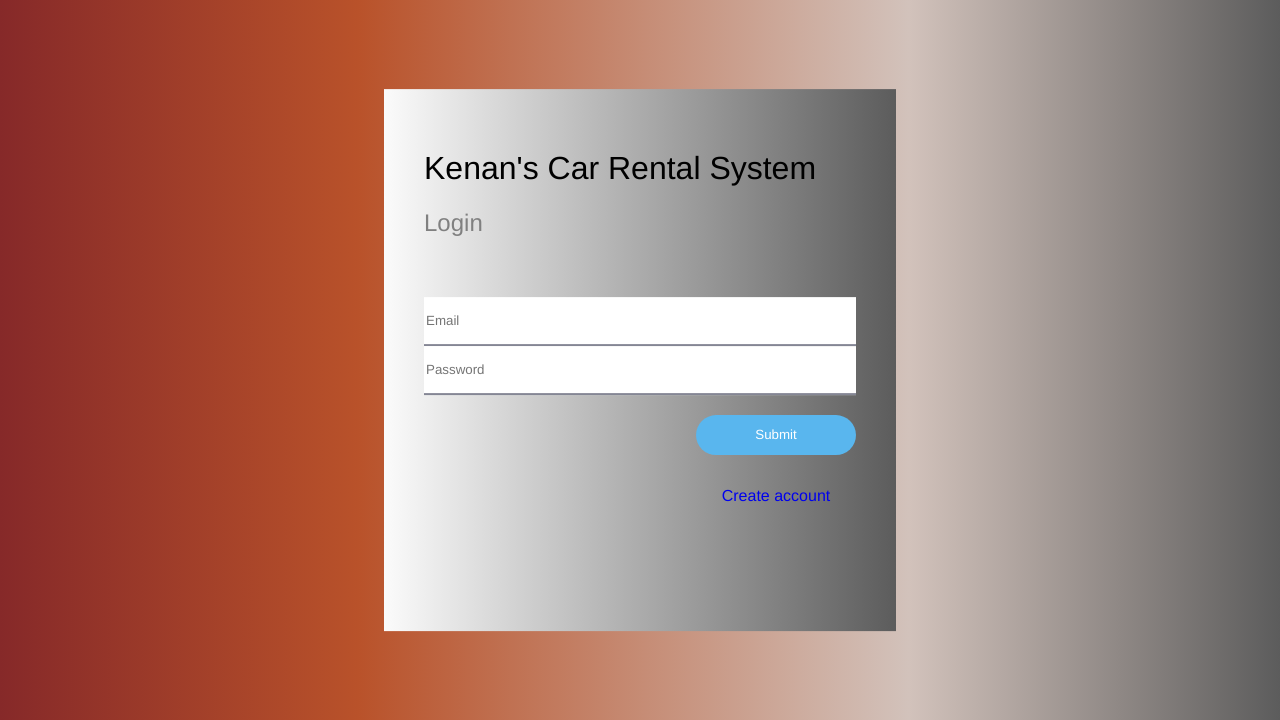
Repository: kensevv/nevexisDemos
Page: http://localhost/Car_Rental_Management_System/login.jsp
These files come from the project's save history. The page is drawn as it stood at one moment and after the next save; the edit follows.
The browser window is 1280 px wide. The pictures show the whole page.
The page is served by Tomcat 9. Nobody is signed in. The application's start-up code is not run. Other server files are loaded and not shown.

Above is the page before, as saved 2021-03-26 11:03:44.

### Car_Rental_Management_System/src/main/webapp/login.jsp
<%@ page language="java" contentType="text/html; charset=ISO-8859-1"
    pageEncoding="ISO-8859-1"%>

<!DOCTYPE html>
<html lang="en">
<head>
    <meta charset="UTF-8">
    <meta name="viewport" content="width=device-width, initial-scale=1.0">
    <title>Login</title>
</head>
<body>
    <div class="FormBox">
        <div class="inside">

            <h1>Kenan's Car Rental System</h1>
            <h2 style="color: grey;">Login</h2>

           <form method="get" action="LoginServlet">
                <input class="text" id="email" type="text" name="email" id="email" placeholder="Email" required>
                <input class="text" id="password" type="password" name="password" id="password" placeholder="Password" required>
            <div class="redirect">
                <button type="submit" id="submit"> Submit </button>
                <a id="link" href="register.jsp">Create account</a>
            </div>
             </form>
        </div>

        </div>
</body>
<style><%@include file="css/loginStyle.css"%></style>
</html>

### Car_Rental_Management_System/src/main/webapp/css/loginStyle.css
body {
    font-size: 16px;
   background: rgb(134,41,41);
background: linear-gradient(90deg, rgba(134,41,41,1) 0%, rgba(185,82,42,1) 28%, rgba(210,194,187,1) 71%, rgba(92,92,92,1) 100%);
}

* {
    font-family: Helvetica, sans-serif;
}

div.FormBox{
    position: absolute;
    top: 50%;
    left: 50%;
    margin-right: -50%;
    transform: translate(-50%, -50%);
    background: linear-gradient(90deg, rgba(251,251,251,1) 0%, rgba(92,92,92,1) 100%);
    max-width: 32rem;
    width: 90%;
}



div.inside {
    padding: 2.5rem;
}

h1 {
    font-weight: normal;
}
h2 {
    font-weight: normal;
    color: #848694;
}

form {
    display: flex;
    flex-direction: column;
    justify-content: space-between;
    padding-top: 2.5rem;
    padding-bottom: 4rem;
}

input.text {
    border: none;
    border-bottom: 2px solid #848694;

    padding-top: 1rem;
    padding-bottom: 1rem;
}

input.text:hover {
    border-bottom: 2px solid #0424c1;
}

div.redirect {
    display: flex;
    flex-direction: column;
    align-items: flex-end;
    padding-top: 20px;
}

#submit {
    border-radius: 20px;
    border: none;
    background-color: #59b6ee;
    color: white;
    max-width: 10rem;
    width: 100%;
    height: 2.5rem;
}

#link {
    text-decoration: none;
    text-align: center;
    max-width: 10rem;
    width: 100%;
    height: 2.5rem;
    padding-top: 2rem;
}

### Car_Rental_Management_System/src/main/webapp/css/registerStyle.css
body {
    font-size: 16px;
   background: rgb(134,41,41);
background: linear-gradient(90deg, rgba(134,41,41,1) 0%, rgba(185,82,42,1) 28%, rgba(210,194,187,1) 71%, rgba(92,92,92,1) 100%);
}

* {
    font-family: Helvetica, sans-serif;
}

div.FormBox{
    position: absolute;
    top: 50%;
    left: 50%;
    margin-right: -50%;
    transform: translate(-50%, -50%);
  background: linear-gradient(90deg, rgba(251,251,251,1) 0%, rgba(92,92,92,1) 100%);
    max-width: 32rem;
    width: 90%;
}

div.inside {
    padding: 2.5rem;
}

h1 {
    font-weight: normal;
}
h2 {
    width: 100%;
    font-weight: normal;
    color: #848694;
}

form {
    display: flex;
    flex-direction: column;
    justify-content: space-between;
    padding-top: 2.5rem;
    padding-bottom: 4rem;
}

input.text {
    border: none;
    padding-top: 1rem;
    padding-bottom: 1rem;
    border-bottom: 2px solid #848694;
}

input.text:hover {
    border-bottom: 2px solid #0424c1;
}

div.redirect {
    display: flex;
    flex-direction: column;
    align-items: flex-end;
    padding-top: 20px;
}

#submit {
    border-radius: 20px;
    background-color: #cdcdcd;
    color: black;
    max-width: 10rem;
    width: 100%;
    height: 2.5rem;
}

After the next save:
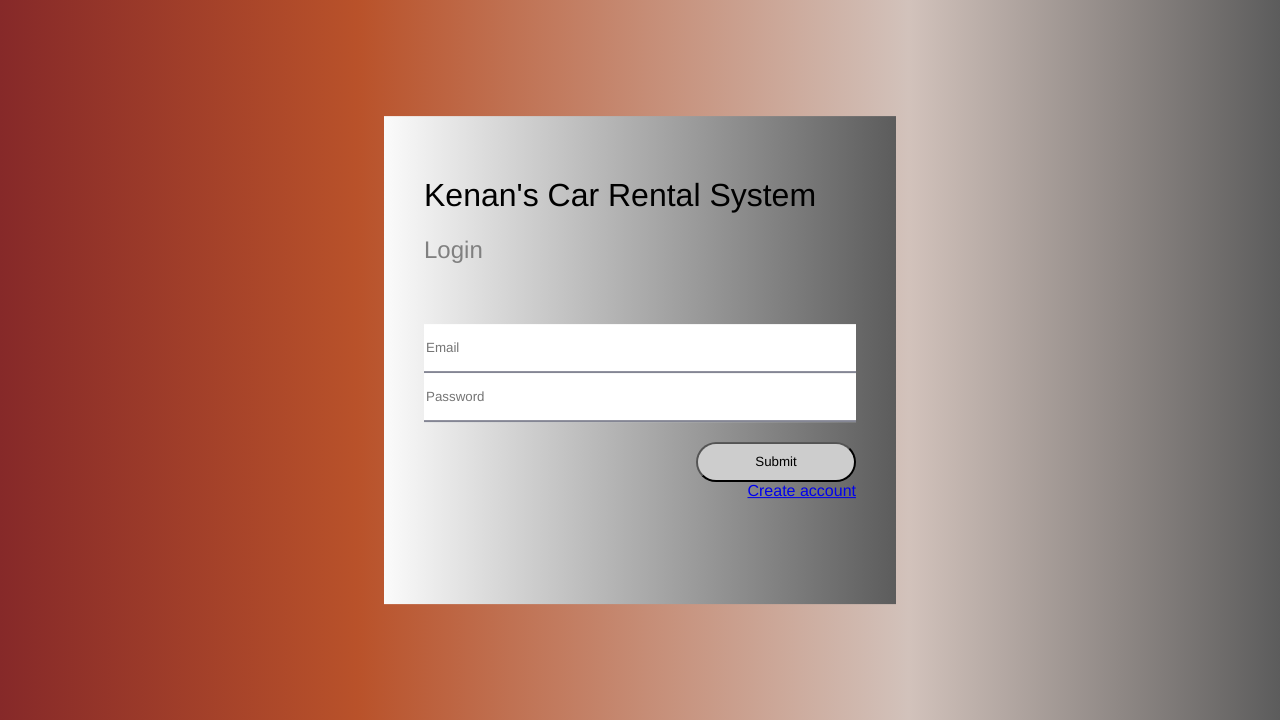
Saved 70 s later.
--- a/Car_Rental_Management_System/src/main/webapp/login.jsp
+++ b/Car_Rental_Management_System/src/main/webapp/login.jsp
@@ -27,5 +27,5 @@
 
         </div>
 </body>
-<style><%@include file="css/loginStyle.css"%></style>
+<style><%@include file="css/registerStyle.css"%></style>
 </html>
